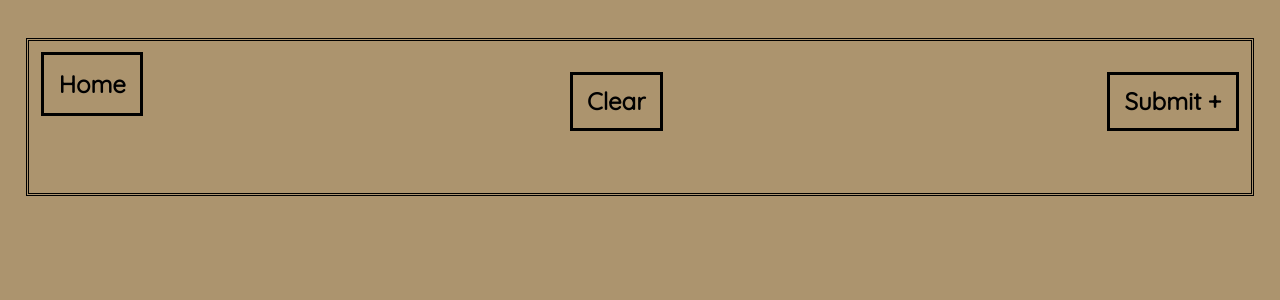
Repository: rickypcyt/ricky-react-portfolio
Page: /WebMural
These files come from the project's save history. The page is drawn as it stood at one moment and after a run of saves; the edit follows.
The browser window is 1280 px wide. The pictures show the whole page.
The project was rebuilt for these pictures with package versions that can differ from the ones it lists, and the page was loaded fresh each time. Also part of the build but not shown: src/Content.js, src/pages/Info.js, src/pages/Projects.js, src/pages/Contact.js, src/pages/NotesJS.js.

Above is the page before, as saved 2022-09-12 15:02:53.

### src/index.js
import React from "react";
import ReactDOM from "react-dom/client";
import "./index.css";
import App from "./App";
import reportWebVitals from "./reportWebVitals";
import { BrowserRouter, Routes, Route, Switch } from "react-router-dom";

const root = ReactDOM.createRoot(document.getElementById("root"));
root.render(
  <React.StrictMode>
    <BrowserRouter>
      <App />
    </BrowserRouter>
  </React.StrictMode>
);

// If you want to start measuring performance in your app, pass a function
// to log results (for example: reportWebVitals(console.log))
// or send to an analytics endpoint. Learn more: https://bit.ly/CRA-vitals
reportWebVitals();

### src/index.css
@import url("https://fonts.googleapis.com/css2?family=Quicksand");

input[type="file"] {
  display: none;
}
.container {
  top: 0%;
  left: 0%;
}
::marker {
  display: none;
}
.image-container {
  width: 100%;
  margin: auto;
  display: flex;
  flex-direction: row;
  justify-content: space-evenly;
  gap: 15px;
  padding: 10px;
}
body {
  line-height: 1;
  font-family: "Quicksand";
  font-size: large;
  margin: 2%;
  padding: 1%;
  border-style: double;
  margin-top: 3%;
  background: #ac946e;
}
ol {
  list-style: none;
  display: flex;
  padding: 0;
  justify-content: space-between;
  align-items: flex-start;
  display: flex;
  flex-wrap: wrap;
  align-content: center;
}
.content {
  position: absolute;
  right: calc(var(--pad) * 2);
  bottom: calc(var(--pad) * 2);
  white-space: nowrap;
}
.parrafo {
  line-height: 1.5;
  text-align: end;
  font-size: larger;
}
.parrafo span {
  display: block;
}
.titulo {
  margin: 0;
}
.oli {
  font-weight: bold;
  border-style: solid;
  font-size: x-large;
  padding: 1ch;
}
.descripcion {
  font-weight: lighter;
  font-style: oblique;
}
.oli:hover {
  color: black;
  border-style: dotted;
}
.page {
  padding-top: 2%;
  padding-bottom: 3%;
}
.pageContact {
  padding-top: 8%;
  padding-bottom: 9%;
}
.cabeceranavi {
  padding-bottom: 1%;
}
p {
  font-weight: bold;
}
a {
  color: black;
  text-decoration: none;
  padding: 0ch;
}
span {
  font-size: larger;
}
li {
  width: 7%;
  height: 10%;
}
ul {
  list-style-type: none;
  margin: 0%;
  display: flex;
  align-items: center;
  flex-direction: row;
  padding-top: 5%;
  padding-bottom: 5%;
  padding-left: 0%;
  justify-content: space-around;
}
.imagenes {
  display: block;
  height: auto;
  width: auto;
  padding-top: 5%;
  padding-bottom: 5%;
}

.imagenesproyect {
  position: relative;
}
.fixer {
  display: flex;
  flex-direction: row;
  justify-content: space-evenly;
  padding-bottom: 3%;
}
.overlay {
  position: absolute;
  top: 0.83cm;

  background: rgb(0, 0, 0);
  background: rgb(2, 0.3, 0.9, 0.6); /* Black see-through */
  color: #f1f1f1;
  width: 100%;
  transition: 0.5s ease;
  color: white;
  text-align: center;
  font-size: 20px;
  padding-top: 20px;
  padding-bottom: 20px;
  opacity: 0;
}
.imagenesproyect:hover .overlay {
  opacity: 1;
}
.overlay2 {
  position: absolute;
  bottom: 8%;
  background: rgb(0, 0, 0);
  background: rgba(40, 40, 40, 0.6); /* Black see-through */
  color: #f1f1f1;
  width: 100%;
  transition: 0.5s ease;
  color: white;
  text-align: center;
  font-size: 20px;
  padding-top: 20px;
  padding-bottom: 20px;
  opacity: 0;
}
.imagenesproyect:hover .overlay2 {
  opacity: 1;
}

.homeinfo {
  font-size: x-large;
}

@media screen and (max-width: 1340px) {
  .fixer {
    flex-direction: column;
    justify-content: center;
  }
  .imagenes {
    height: auto;
    width: 100%;
  }
  ol {
  }
}

.image-container {
  width: auto;
  margin: auto;
  /* display: flex; */
  flex-wrap: wrap;
  gap: 15px;
  padding: 10px;
}

.image-container img {
  max-width: 100%;
  max-height: 225px;
}

.container .image-container .image {
  border: 4px solid black;
  overflow: hidden;
  /* cursor: pointer; */
}

.container .image-container .image img {
  height: 100%;
  width: 100%;
}
@media (max-width: 700px) {
  .image-container img {
    max-height: -10px;
  }
}

.image:hover {
  transform: scale(1.15); /* (150% zoom - Note: if the zoom is too large, it will go outside of the viewport) */
}

.oli:hover {
  transform: scale(1.15); /* (150% zoom - Note: if the zoom is too large, it will go outside of the viewport) */
}

### src/App.js
import Content from "./Content";
import Info from "./pages/Info";
import Projects from "./pages/Projects";
import Contact from "./pages/Contact";
import WebMural from "./pages/WebMural";
import NotesJS from "./pages/NotesJS";
import { Route, Routes, Switch } from "react-router-dom";

function App() {
  return (
    <>
      <Routes>
        <Route path="/" element={<Content />}/>
        <Route path="/Projects" element={<Projects />} />
        <Route path="/Info" element={<Info />} />
        <Route path="/Contact" element={<Contact />} />
        <Route path="/WebMural" element={<WebMural />} />
        <Route path="/NotesJS" element={<NotesJS />} />
      </Routes>
    </>
  );
}
export default App;

### src/pages/WebMural.js
import React, { useState } from "react";

import { Link, useMatch, useResolvedPath } from "react-router-dom";

const UploadAndDisplayImage = () => {
  const [selectedFiles, setSelectedFiles] = useState([]);
  const handleImageChange = (e) => {
    setSelectedFiles([]);
    if (e.target.files) {
      const filesArray = Array.from(e.target.files).map((file) =>
        URL.createObjectURL(file)
      );
      setSelectedFiles((prevImages) => prevImages.concat(filesArray));
      Array.from(e.target.files).map((file) => URL.revokeObjectURL(file));
    }
  };

  const renderPhotos = (source) => {
    return source.map((photo) => {
      return (
        <div class="container">
          <figure class="image-container">
            <img className="image" src={photo} alt="" key={photo} />
          </figure>
        </div>
      );
    });
  };

  return (
    <main>
      <nav className="cabeceranavi">
        <ol>
          <CustomLink to="/" className="oli">
            Home
          </CustomLink>
          <nav className="oli" onClick={() => handleImageChange(null)}>
            Clear
          </nav>
          <label for="upload-button">
            <nav>
              <input
                type="file"
                id="upload-button"
                multiple="multiple"
                accept="image/*"
                onChange={handleImageChange}
              />
              <div class="oli"> Submit + </div>
            </nav>
          </label>
        </ol>
      </nav>
      {selectedFiles && (
        <div className="paddingimxd">
          <div class="image-container">{renderPhotos(selectedFiles)}</div>
        </div>
      )}
    </main>
  );
};

export default UploadAndDisplayImage;

function CustomLink({ to, children, ...props }) {
  const resolvedPath = useResolvedPath(to);
  const isActive = useMatch({ path: resolvedPath.pathname, end: true });
  return (
    <li className={isActive ? "active" : ""}>
      <Link to={to} {...props}>
        {children}
      </Link>
    </li>
  );
}

Loaded but not shown: public/index.html (common file); src/reportWebVitals.js (common file)

After the next 4 saves:
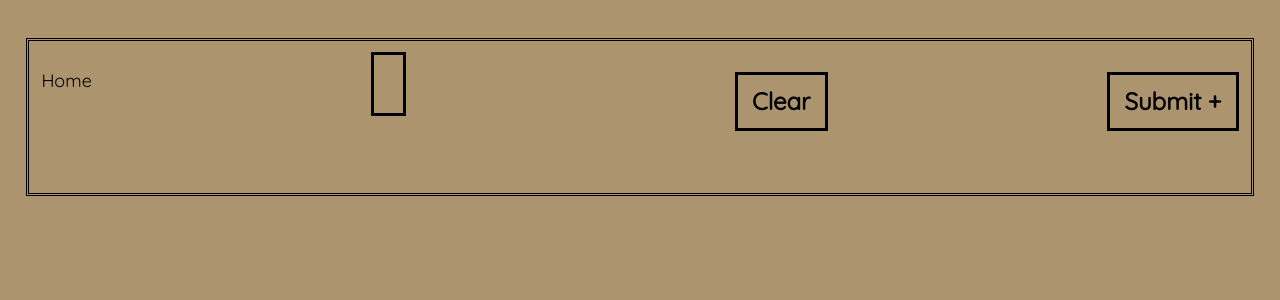
The 4 saves are shown as one change because they came seconds apart.
The last was saved 60 s later.
--- a/src/pages/WebMural.js
+++ b/src/pages/WebMural.js
@@ -31,9 +31,8 @@ const UploadAndDisplayImage = () => {
     <main>
       <nav className="cabeceranavi">
         <ol>
-          <CustomLink to="/" className="oli">
-            Home
-          </CustomLink>
+          <div>Home</div>
+          <CustomLink to="/" className="oli"></CustomLink>
           <nav className="oli" onClick={() => handleImageChange(null)}>
             Clear
           </nav>
